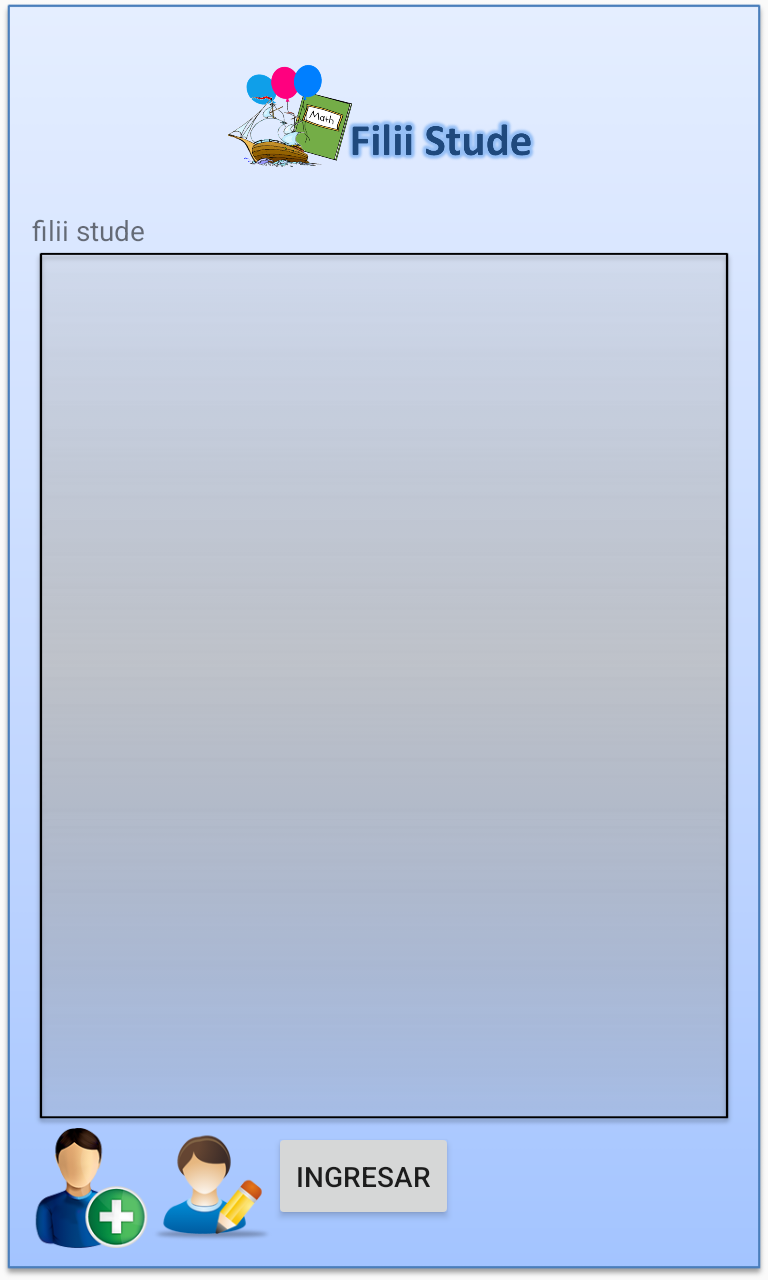
Repository: AntonioloNeviani/ProyectoDeInvestigacion_Android
Layout: FiliiStude/res/layout/activity_main.xml
An editor plug-in stored every save of this project. The layout is shown before and after the next save, followed by the edit.
It is drawn on a 768 x 1280 px phone screen (xhdpi) without system bars, with theme AppTheme; the app's code is not run. Lists and similar views that code fills are empty.

Above is the layout before, as saved 2015-05-26 17:25:05.

### FiliiStude/res/layout/activity_main.xml
<RelativeLayout xmlns:android="http://schemas.android.com/apk/res/android"
    xmlns:tools="http://schemas.android.com/tools"
    android:layout_width="match_parent"
    android:layout_height="match_parent"
    android:background="@drawable/imagen1"
    android:onClick="onClick"
    android:paddingBottom="@dimen/activity_vertical_margin"
    android:paddingLeft="@dimen/activity_horizontal_margin"
    android:paddingRight="@dimen/activity_horizontal_margin"
    android:paddingTop="@dimen/activity_vertical_margin"
    tools:context="com.filii.filiistude.MainActivity" >

    <LinearLayout
        android:layout_width="wrap_content"
        android:layout_height="wrap_content"
        android:layout_alignParentBottom="true"
        android:layout_alignParentLeft="true"
        android:layout_alignParentRight="true"
        android:layout_alignParentTop="true"
        android:orientation="vertical" >

        <LinearLayout
            android:layout_width="match_parent"
            android:layout_height="wrap_content"
            android:layout_weight="0.93"
            android:orientation="vertical" >

            <LinearLayout
                android:layout_width="match_parent"
                android:layout_height="wrap_content"
                android:layout_weight="0.93"
                android:gravity="center" >

                <ImageView
                    android:id="@+id/imageView1"
                    android:layout_width="200dp"
                    android:layout_height="60dp"
                    android:src="@drawable/logo2" />

            </LinearLayout>

            <TextView
                android:layout_width="match_parent"
                android:layout_height="wrap_content"
                android:text="filii stude" />

            <ListView
                android:id="@+id/listView1"
                android:layout_width="match_parent"
                android:layout_height="wrap_content"
                android:layout_weight="13.79"
                android:background="@drawable/fondotrans" >

            </ListView>
        </LinearLayout>

        <LinearLayout
            android:layout_width="match_parent"
            android:layout_height="wrap_content" >

            <ImageButton
                android:id="@+id/button1"
                android:layout_width="60dp"
                android:layout_height="60dp"
                android:background="@drawable/user_add"
                android:onClick="onClick" />

            <ImageButton
                android:id="@+id/button3"
                android:layout_width="60dp"
                android:layout_height="60dp"
                android:background="@drawable/edit"
                android:onClick="onClick" />

            <Button
                android:id="@+id/button2"
                android:layout_width="wrap_content"
                android:layout_height="wrap_content"
                android:onClick="onClick"
                android:text="Ingresar" />

        </LinearLayout>
    </LinearLayout>

</RelativeLayout>

Loaded but not shown: FiliiStude/res/values/styles.xml (common file); FiliiStude/res/values-v11/styles.xml (common file); FiliiStude/res/values-v14/styles.xml (common file); FiliiStude/res/values/dimens.xml (common file); FiliiStude/res/values-w820dp/dimens.xml (common file)

After the next save:
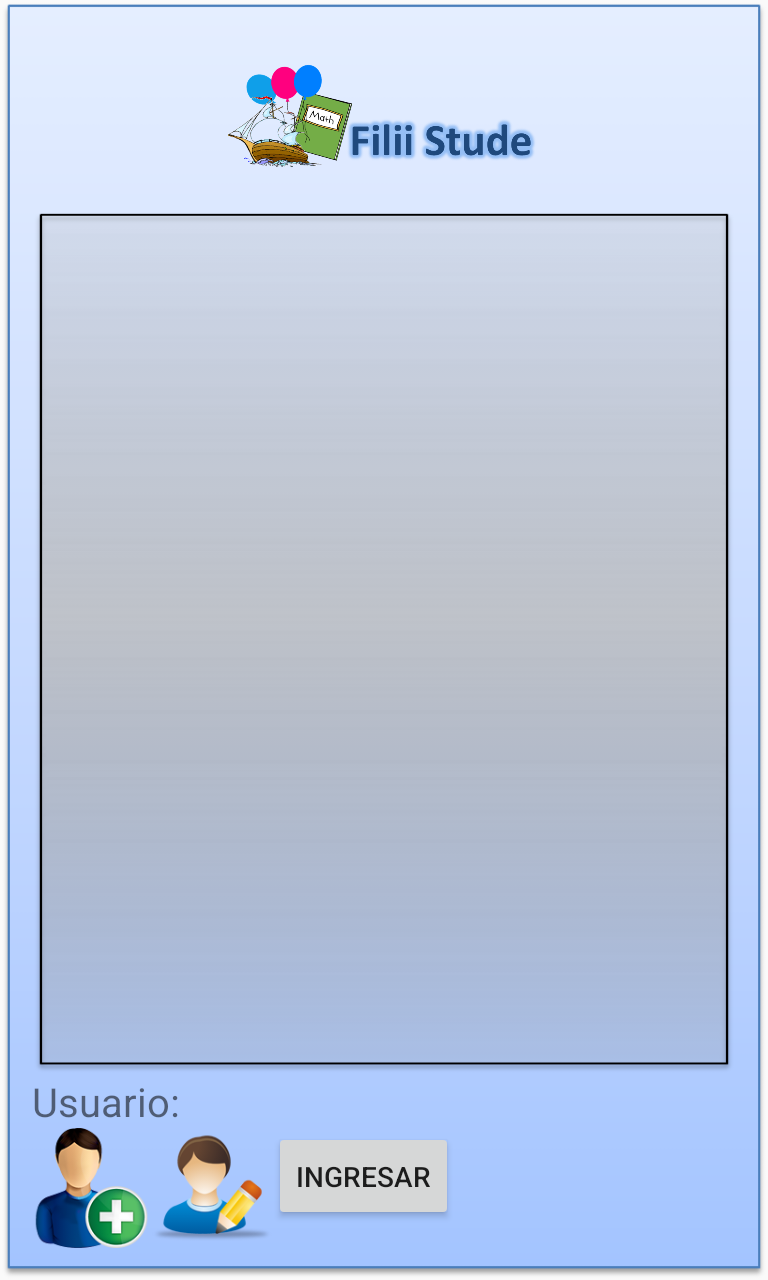
Saved 1 s later.
--- a/FiliiStude/res/layout/activity_main.xml
+++ b/FiliiStude/res/layout/activity_main.xml
@@ -39,11 +39,6 @@
 
             </LinearLayout>
 
-            <TextView
-                android:layout_width="match_parent"
-                android:layout_height="wrap_content"
-                android:text="filii stude" />
-
             <ListView
                 android:id="@+id/listView1"
                 android:layout_width="match_parent"
@@ -52,6 +47,14 @@
                 android:background="@drawable/fondotrans" >
 
             </ListView>
+
+            <TextView
+                android:id="@+id/txtUsuario"
+                android:layout_width="match_parent"
+                android:layout_height="wrap_content"
+                android:text="Usuario: "
+                android:textSize="20sp" />
+
         </LinearLayout>
 
         <LinearLayout
